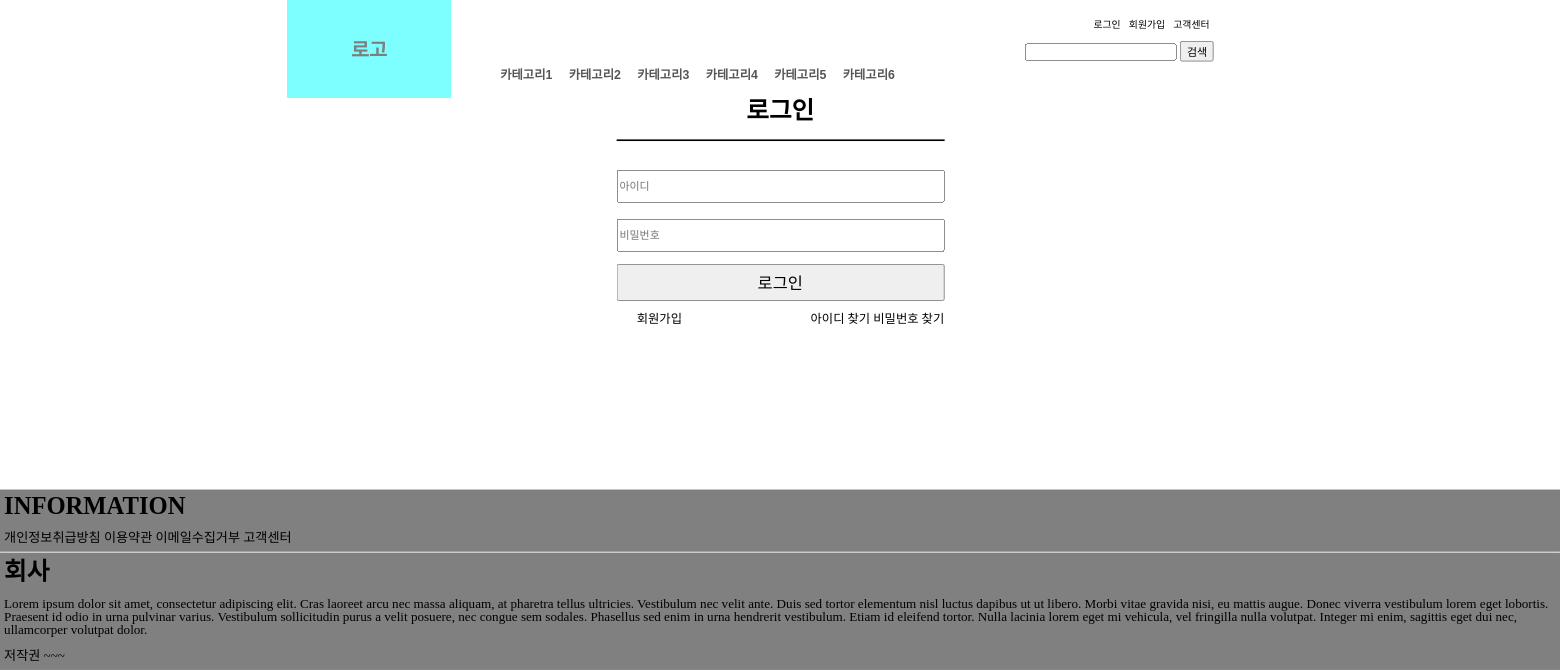
Repository: kosu0703/project
Page: http://localhost/Shop/WEB-INF/views/sign/login_page.jsp
These files come from the project's save history. The page is drawn as it stood at one moment and after the next save; the edit follows.
The browser window is 1280 px wide. The page is 1903 px wide, so the pictures cover 1903 px, including what lies to the right of the window. The pictures show the whole page, at 82% of full size.
Some web libraries are served in a nearby version. The page is served by Tomcat 9. Nobody is signed in. Other server files are loaded and not shown. The template is opened directly, without the code that normally fills it, so the values that code supplies are empty.

Above is the page before, as saved 2024-04-03 10:02:54.

### Shop/Shop/src/main/webapp/WEB-INF/views/sign/login_page.jsp
<%@ page language="java" contentType="text/html; charset=UTF-8"
	pageEncoding="UTF-8"%>
<%@ taglib uri="http://java.sun.com/jsp/jstl/core" prefix="c"%>
<!DOCTYPE html>
<html lang="en">
<head>
<meta charset="UTF-8">
<meta name="viewport" content="width=device-width, initial-scale=1.0">
<title>로그인</title>
<link href="<c:url value="/resources/css/common.css"/>" rel='stylesheet' />
<link href="<c:url value="/resources/css/login_page.css"/>"
	rel='stylesheet' />

<script type="text/javascript">
	function login_go(f) {
		// 로그인 버튼 클릭하면 비밀번호 검사
		// 맞으면 메인페이지로 이동
		// 틀리면 alert 창
		f.action = "";
		f.submit();
	}
</script>
</head>
<body>
	<%@ include file="../common/header.jsp"%>

	<!-- =========================================================== -->

	<section>
		<div id="login_wrap">
			<form action="" method="post">
				<h1>로그인</h1>
				<ul>
					<li><input type="text" name="u_id" placeholder="아이디" required></li>
					<li><input type="password" name="u_pwd" placeholder="비밀번호"
						required></li>
					<li><input type="button" class="but_login" value="로그인"
						onclick="login_go(this.form)"></li>
				</ul>

				<div class="a_link">
					<a href="#" class="a_sign">회원가입</a> <a href="#">아이디 찾기</a> <a
						href="#">비밀번호 찾기</a>
				</div>
			</form>
		</div>

		<!-- =========================================================== -->


		<%@ include file="../common/footer.jsp"%>
</body>
</html>

### Shop/Shop/src/main/webapp/WEB-INF/views/common/header.jsp
<!-- <%@ page language="java" contentType="text/html; charset=UTF-8"
pageEncoding="UTF-8"%>
<%@ taglib uri="http://java.sun.com/jsp/jstl/core"
prefix="c" %> -->
<!DOCTYPE html>
<html>
  <head>
    <meta charset="UTF-8" />
    <meta name="viewport" content="width=device-width, initial-scale=1.0" />
    <script src="https://kit.fontawesome.com/d3367b6d2f.js"></script>
    <title>헤더</title>
  </head>
  <body>
    <header>
      <div class="inner">
        <div class="logo">
          <h1><a href="#">로고</a></h1>
        </div>
        <!-- 로그아웃 유틸 -->
        <div class="util logout_util">
          <ul class="info">
            <li><a href="login_page.do">로그인</a></li>
            <li><a href="signup_page.do">회원가입</a></li>
            <li><a href="board_page.do?u_id="${userVO.u_id }>고객센터</a></li>
          </ul>
        </div>
        <form action="#" class="h_search_form" method="post">
          <input type="text" name="search" id="search" />
          <input type="submit" value="검색" />
        </form>
        <!-- 로그인 유틸 -->
        <div class="util login_util">
          <ul class="info">
            <li>이름</li>
            <li>보유 포인트 :</li>
            <li><a href="logout.do">로그아웃</a></li>
            <li><a href="mypage_page.do?u_id="${userVO.u_id }>마이페이지</a></li>
            <li><a href="basket_page.do?u_id="${userVO.u_id }>장바구니</a></li>
            <li><a href="community_page.do?u_id="${userVO.u_id }>고객센터</a></li>
          </ul>
        </div>

        <div class="gnb_wrappr">
          <ul class="gnb">
            <li class="category">
              <a href="category_page.do?p_category=001">카테고리1</a>
            </li>
            <li class="category">
              <a href="category_page.do?p_category=002">카테고리2</a>
            </li>
            <li class="category">
              <a href="category_page.do?p_category=003">카테고리3</a>
            </li>
            <li class="category">
              <a href="category_page.do?p_category=004">카테고리4</a>
            </li>
            <li class="category">
              <a href="category_page.do?p_category=005">카테고리5</a>
            </li>
            <li class="category">
              <a href="category_page.do?p_category=006">카테고리6</a>
            </li>
          </ul>
        </div>
      </div>

    </header>
  </body>
</html>

### Shop/Shop/src/main/webapp/WEB-INF/views/common/footer.jsp
<!-- <%@ page language="java" contentType="text/html; charset=UTF-8"
pageEncoding="UTF-8"%>
<%@ taglib uri="http://java.sun.com/jsp/jstl/core"
prefix="c" %> -->
<!DOCTYPE html>
<html>
  <head>
    <meta charset="UTF-8" />
    <meta name="viewport" content="width=device-width, initial-scale=1.0" />
    <script src="https://kit.fontawesome.com/d3367b6d2f.js"></script>
    <title>footer</title>
  </head>
  <body>
      <footer>
        <div class="footer_info">
          <h1>INFORMATION</h1>
          <br />
          <a href="#">개인정보취급방침</a>
          <a href="#">이용약관</a>
          <a href="#">이메일수집거부</a>
          <a href="#">고객센터</a>
        </div>
        <hr />
        <div class="footer_cominfo">
          <h1>회사</h1>
          <br />
          <p>
            Lorem ipsum dolor sit amet, consectetur adipiscing elit. Cras
            laoreet arcu nec massa aliquam, at pharetra tellus ultricies.
            Vestibulum nec velit ante. Duis sed tortor elementum nisl luctus
            dapibus ut ut libero. Morbi vitae gravida nisi, eu mattis augue.
            Donec viverra vestibulum lorem eget lobortis. Praesent id odio in
            urna pulvinar varius. Vestibulum sollicitudin purus a velit posuere,
            nec congue sem sodales. Phasellus sed enim in urna hendrerit
            vestibulum. Etiam id eleifend tortor. Nulla lacinia lorem eget mi
            vehicula, vel fringilla nulla volutpat. Integer mi enim, sagittis
            eget dui nec, ullamcorper volutpat dolor.
          </p>
          <br />
          <p>저작권 ~~~</p>
        </div>
      </footer>
    </section>
  </body>
</html>

### Shop/Shop/src/main/webapp/resources/css/common.css
/* 초기화용 reset.css */
@import "./reset.css";
/* 바디 화면 전체 크기 잡아줌*/
body {
  position: relative;
  min-width: 1903px;
  min-height: calc(100vh - 120px);
}

a {
  text-decoration: none;
  color: black;
}
/* 헤더를 맨위에서 따라다니게 */
header {
  position: fixed;
  top: 0px;
  width: 100%;
  min-width: 1903px;
  background-color: white;
  z-index: 999;
}

/* 헤더 내에서 로고, 유틸, 카테고리 배치용 */
header .inner {
  width: 1180px;
  height: 120px;
  /*자식 absolute 요소의 기준점 설정*/
  position: relative;
  left: 300px;
}
/* 로그인 */
header .inner .logout_util {
  /* display: none; */
}
/* 로그아웃 */
header .inner .login_util {
  display: none;
}
/* 로고 */
header .inner .logo {
  position: absolute;
  left: 50px;
  width: 200px;
  height: 100%;
  background-color: aqua;
  opacity: 0.5;
  text-align: center;
}

header .inner .logo > h1 {
  margin: 50px;
  font-weight: bold;
  font-size: 24px;
  font-family: "arial";
}

/* 헤더 우상단 유틸 */
header .inner .util {
  position: absolute;
  top: 20px;
  right: 0px;
}

header .inner .util ul > li {
  margin: 0px 5px;
}

header .inner .h_search_form {
  position: absolute;
  top: 50px;
  right: 0px;
}

header .inner .util .info > li {
  float: left;
}

header .inner .util .search > li {
  float: right;
}

header .inner .util li > a {
  font: 12px "arial";
}

/* 헤더 카테고리 */
header .inner .gnb_wrapper {
  width: 100%;
  height: inherit;
  position: relative;
  display: flex;
  justify-content: center;
}

header .inner .gnb {
  position: absolute;
  bottom: 0px;
  left: 300px;
}

header .inner .gnb .category {
  float: left;
  display: block;
  border-left: none;
}

/* header .inner .gnb .category:nth-of-type(1) {
  border: 1px solid black;
} */

header .inner .gnb .category_detail {
  width: 400px;
  height: 300px;
  display: none;
}

header .inner .gnb .category > a {
  /* 인라인 요소를 block으로 바꿔서 크기 설정 */
  display: block;
  font: bold 15px "arial";
  color: #555;
  padding: 20px 10px;
  text-align: left;
  /* 애니메이션 효과  */
  transition: all 0.5s;
}

header .inner .gnb .category > a:hover {
  background: #555;
  color: #fff;
}

section {
  width: 100%;
  min-height: calc(100vh - 120px);
  padding-top: 120px;
  padding-bottom: 220px;
 }


footer {
  width: 100%;
  height: 220px;
  position: absolute;
  bottom: 0;
  z-index: 10;
  background-color: gray;
}

footer > div {
  margin: 5px;
}

footer > div > h1 {
  font-size: 30px;
  color: black;
  font-weight: bold;
}

### Shop/Shop/src/main/webapp/resources/css/login_page.css
#login_wrap {
	width: 400px;
	/* position: absolute; left: 50%; top: 50%;
    transform: translate(-50%, -50%); */
	margin: 0 auto;
	margin-bottom: 200px;
}

#login_wrap>form>h1 {
	font-size: 30px;
	font-weight: bold;
	text-align: center;
	border-bottom: 2px solid black;
	padding-bottom: 20px;
	margin-bottom: 30px;
}

#login_wrap>ul {
	list-style: none;
	padding: 0px;
}

#login_wrap>form>ul li {
	padding: 0px 0px 10px;
	margin-bottom: 5px;
}

#login_wrap>form input[type="text"], input[type="password"] {
	width: 100%;
	height: 40px;
	margin-top: 5px;
}

#login_wrap>form input[type="button"] {
	width: 100%;
	height: 45px;
	font-size: 20px;
}

.a_link {
	text-align: right;
	font-size: 15px;
}

.a_sign {
	margin-right: 153px;
}

Loaded but not shown: Shop/Shop/src/main/webapp/resources/css/reset.css (common file)

After the next save:
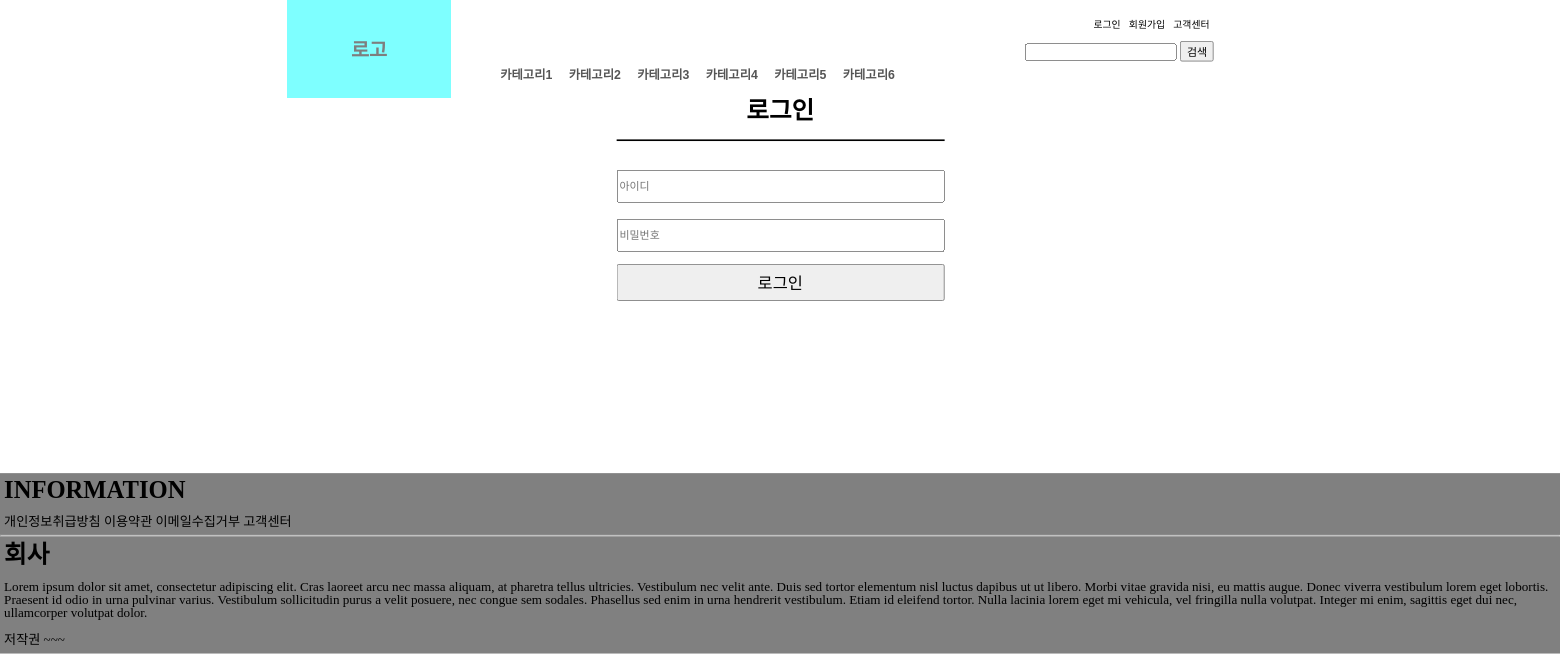
Saved 11 s later.
--- a/Shop/Shop/src/main/webapp/WEB-INF/views/sign/login_page.jsp
+++ b/Shop/Shop/src/main/webapp/WEB-INF/views/sign/login_page.jsp
@@ -38,10 +38,6 @@
 						onclick="login_go(this.form)"></li>
 				</ul>
 
-				<div class="a_link">
-					<a href="#" class="a_sign">회원가입</a> <a href="#">아이디 찾기</a> <a
-						href="#">비밀번호 찾기</a>
-				</div>
 			</form>
 		</div>
 
